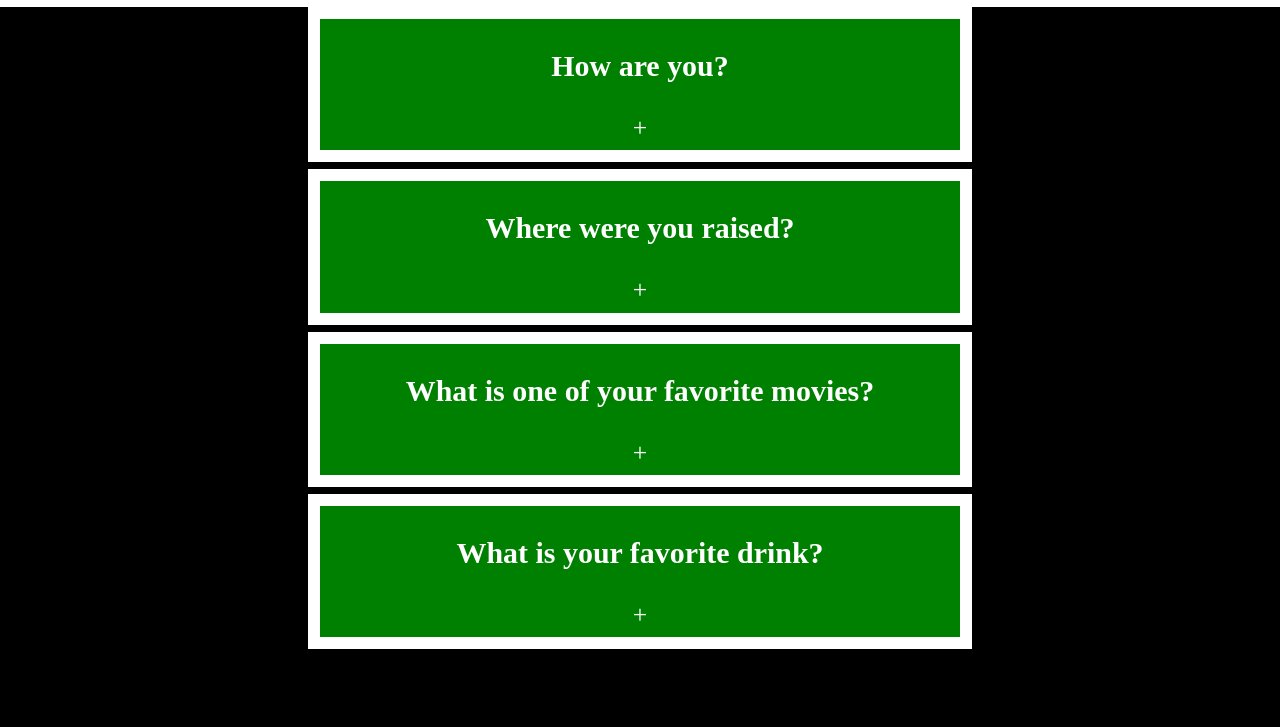
Repository: kosenijr/react-projects
Page: / (app in accordion/)
These files come from the project's save history. The page is drawn as it stood at one moment and after the next save; the edit follows.
The browser window is 1280 px wide. The pictures show the whole page.
The project was rebuilt for these pictures with package versions that can differ from the ones it lists, and the page was loaded fresh each time.

Above is the page before, as saved 2024-03-02 22:47:12.

After the next save:
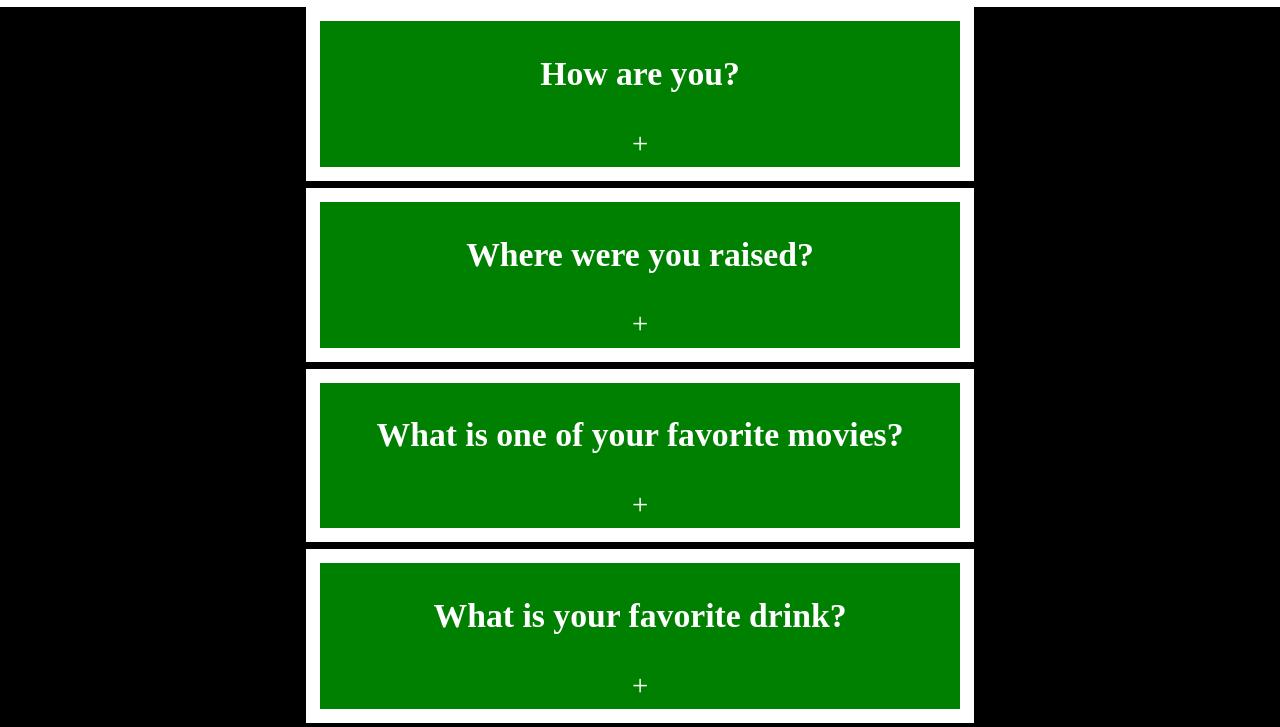
Saved 11 s later.
--- a/accordion/src/styles/Accordion.css
+++ b/accordion/src/styles/Accordion.css
@@ -9,7 +9,7 @@
 
 .item {
   background-color: green;
-  font-size: 1.6em;
+  font-size: 1.8em;
   font-family: "Raleway", "Times New Roman";
   margin: 1vh auto;
   padding-bottom: 1vh;
